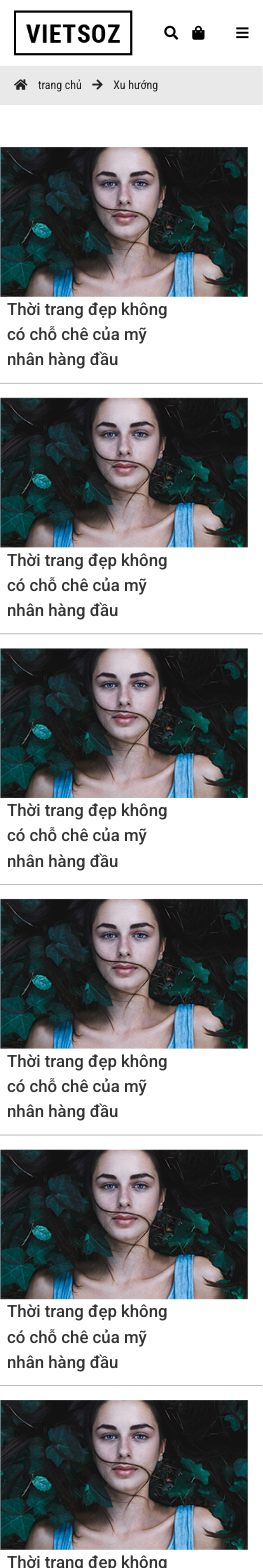
Repository: vinhtk0209/Vietsoz-reponsive
Page: index.html
The author's editor kept a copy of each file at every save. The page is drawn from the files as they stood at one save, then again after the next save.
The browser window is 375 px wide. The pictures show the part of the page from y = 0 to 2240 px (the page is 3073 px tall), at 70% of full size.

Above is the page before, as saved 2021-10-23 17:56:25.

### index.html
<!DOCTYPE html>
<html lang="en">
  <head>
    <meta charset="UTF-8" />
    <meta http-equiv="X-UA-Compatible" content="IE=edge" />
    <meta name="viewport" content="width=device-width, initial-scale=1.0" />
    <link rel="stylesheet" href="assets/css/reset.css" />
    <link rel="stylesheet" href="assets/css/global.css" />
    <link rel="stylesheet" href="assets/css/main.css" />
    <link rel="stylesheet" href="assets/fontawesome/css/all.css" />
    <link rel="stylesheet" href="assets/css/reponsive.css" />
    <link rel="preconnect" href="https://fonts.googleapis.com" />
    <link rel="preconnect" href="https://fonts.gstatic.com" crossorigin />
    <link
      href="https://fonts.googleapis.com/css2?family=Roboto:ital,wght@0,100;0,300;0,400;0,500;0,700;0,900;1,100;1,300;1,400;1,500;1,700;1,900&display=swap"
      rel="stylesheet"
    />
    <link rel="preconnect" href="https://fonts.googleapis.com" />
    <link rel="preconnect" href="https://fonts.gstatic.com" crossorigin />
    <link
      href="https://fonts.googleapis.com/css2?family=Roboto+Condensed:ital,wght@0,300;0,400;0,700;1,300;1,400;1,700&display=swap"
      rel="stylesheet"
    />
    <div id="fb-root"></div>
    <script
      async
      defer
      crossorigin="anonymous"
      src="https://connect.facebook.net/vi_VN/sdk.js#xfbml=1&version=v11.0"
      nonce="ecJjSUD8"
    ></script>
    <script
      src="https://code.jquery.com/jquery-3.6.0.js"
      integrity="sha256-H+K7U5CnXl1h5ywQfKtSj8PCmoN9aaq30gDh27Xc0jk="
      crossorigin="anonymous"
    ></script>
    <title>VIESOZ</title>
  </head>

  <body>
    <!-- wrapper starts -->
    <div class="wrapper">
      <!-- header starts -->
      <header class="header">
        <div class="container">
          <div
            class="wp-header-top d-flex align-i-center justify-content-between"
          >
            <div class="header-banner">
              <img src="assets/images/logo.png" alt="" />
            </div>
            <nav class="header-main-menu">
              <ul class="d-flex main-menu">
                <li><a href="">trang chủ</a></li>
                <li><a href="">về chúng tôi</a></li>
                <li class="product-have-menu">
                  <a href=""
                    >sản phẩm
                    <span class="arrow-down"
                      ><i class="fas fa-chevron-down"></i></span
                  ></a>
                </li>

                <li><a href="">xu hướng</a></li>
                <li><a href="">thanh toán</a></li>
                <li><a href="">liên hệ</a></li>
              </ul>
            </nav>
            <nav class="header-main-menu reponsive">
              <ul class="main-menu sub">
                <li><a href="">trang chủ</a></li>
                <li><a href="">về chúng tôi</a></li>
                <li class="product-have-menu">
                  <a href="">sản phẩm </a>
                </li>

                <li><a href="">xu hướng</a></li>
                <li><a href="">thanh toán</a></li>
                <li><a href="">liên hệ</a></li>
              </ul>
            </nav>
            <ul class="icon-menu d-flex">
              <li>
                <a href=""
                  ><span class="search"><i class="fas fa-search"></i></span
                ></a>
              </li>
              <li>
                <a href="" class="shopping-cart"
                  ><span class="icon-cart"
                    ><i class="fas fa-shopping-bag"></i></span
                ></a>
              </li>
            </ul>
            <div class="nav-bar">
              <i class="fas fa-bars"></i>
            </div>
          </div>
        </div>
        <div class="wp-head-extra-menu">
          <ul class="list-menu-header-extra d-flex container">
            <li>
              <a href="">
                <span class="home-icon">
                  <i class="fas fa-home"></i>
                </span>
              </a>
            </li>

            <li class="home-text">
              <a href="">trang chủ</a>
            </li>
            <li>
              <a href="">
                <span class="arrow-righ">
                  <i class="fas fa-arrow-right"></i>
                </span>
              </a>
            </li>
            <li class="trend">
              <a href="">Xu hướng</a>
            </li>
          </ul>
        </div>
      </header>
      <!-- header ends -->

      <!-- content starts -->
      <div id="content">
        <!-- wp-content starts -->
        <div class="container">
          <div class="wp-content-news">
            <ul class="list-news">
              <li>
                <div class="image-news">
                  <a href="">
                    <img src="assets/images/photo-92222.png" alt="" />
                  </a>
                </div>
                <div class="more-info">
                  <a href="" class="title"
                    >Thời trang đẹp không có chỗ chê của mỹ nhân hàng đầu
                  </a>
                  <p class="date">28 Tháng Tư, 2016 , 10:15 sáng</p>
                  <p class="content">
                    Không chỉ được mệnh danh là "Mỹ nhân đẹp nhất Philippines",
                    nữ diễn viên Marian Rivera còn gây ấn tượng trong lòng công
                    chúng bởi gu thời trang. Cô luôn giữ hình ảnh đẹp với những
                    món đồ tinh tế, trong thời gian mang bầu cô cũng được đánh
                    giá là mặc đẹp nhất trong giới giải trí nước này.
                  </p>
                </div>
              </li>
              <li>
                <div class="image-news">
                  <a href="">
                    <img src="assets/images/photo-92222.png" alt="" />
                  </a>
                </div>
                <div class="more-info">
                  <a href="" class="title"
                    >Thời trang đẹp không có chỗ chê của mỹ nhân hàng đầu
                  </a>
                  <p class="date">28 Tháng Tư, 2016 , 10:15 sáng</p>
                  <p class="content">
                    Không chỉ được mệnh danh là "Mỹ nhân đẹp nhất Philippines",
                    nữ diễn viên Marian Rivera còn gây ấn tượng trong lòng công
                    chúng bởi gu thời trang. Cô luôn giữ hình ảnh đẹp với những
                    món đồ tinh tế, trong thời gian mang bầu cô cũng được đánh
                    giá là mặc đẹp nhất trong giới giải trí nước này.
                  </p>
                </div>
              </li>
              <li>
                <div class="image-news">
                  <a href="">
                    <img src="assets/images/photo-92222.png" alt="" />
                  </a>
                </div>
                <div class="more-info">
                  <a href="" class="title"
                    >Thời trang đẹp không có chỗ chê của mỹ nhân hàng đầu
                  </a>
                  <p class="date">28 Tháng Tư, 2016 , 10:15 sáng</p>
                  <p class="content">
                    Không chỉ được mệnh danh là "Mỹ nhân đẹp nhất Philippines",
                    nữ diễn viên Marian Rivera còn gây ấn tượng trong lòng công
                    chúng bởi gu thời trang. Cô luôn giữ hình ảnh đẹp với những
                    món đồ tinh tế, trong thời gian mang bầu cô cũng được đánh
                    giá là mặc đẹp nhất trong giới giải trí nước này.
                  </p>
                </div>
              </li>
              <li>
                <div class="image-news">
                  <a href="">
                    <img src="assets/images/photo-92222.png" alt="" />
                  </a>
                </div>
                <div class="more-info">
                  <a href="" class="title"
                    >Thời trang đẹp không có chỗ chê của mỹ nhân hàng đầu
                  </a>
                  <p class="date">28 Tháng Tư, 2016 , 10:15 sáng</p>
                  <p class="content">
                    Không chỉ được mệnh danh là "Mỹ nhân đẹp nhất Philippines",
                    nữ diễn viên Marian Rivera còn gây ấn tượng trong lòng công
                    chúng bởi gu thời trang. Cô luôn giữ hình ảnh đẹp với những
                    món đồ tinh tế, trong thời gian mang bầu cô cũng được đánh
                    giá là mặc đẹp nhất trong giới giải trí nước này.
                  </p>
                </div>
              </li>
              <li>
                <div class="image-news">
                  <a href="">
                    <img src="assets/images/photo-92222.png" alt="" />
                  </a>
                </div>
                <div class="more-info">
                  <a href="" class="title"
                    >Thời trang đẹp không có chỗ chê của mỹ nhân hàng đầu
                  </a>
                  <p class="date">28 Tháng Tư, 2016 , 10:15 sáng</p>
                  <p class="content">
                    Không chỉ được mệnh danh là "Mỹ nhân đẹp nhất Philippines",
                    nữ diễn viên Marian Rivera còn gây ấn tượng trong lòng công
                    chúng bởi gu thời trang. Cô luôn giữ hình ảnh đẹp với những
                    món đồ tinh tế, trong thời gian mang bầu cô cũng được đánh
                    giá là mặc đẹp nhất trong giới giải trí nước này.
                  </p>
                </div>
              </li>
              <li>
                <div class="image-news">
                  <a href="">
                    <img src="assets/images/photo-92222.png" alt="" />
                  </a>
                </div>
                <div class="more-info">
                  <a href="" class="title"
                    >Thời trang đẹp không có chỗ chê của mỹ nhân hàng đầu
                  </a>
                  <p class="date">28 Tháng Tư, 2016 , 10:15 sáng</p>
                  <p class="content">
                    Không chỉ được mệnh danh là "Mỹ nhân đẹp nhất Philippines",
                    nữ diễn viên Marian Rivera còn gây ấn tượng trong lòng công
                    chúng bởi gu thời trang. Cô luôn giữ hình ảnh đẹp với những
                    món đồ tinh tế, trong thời gian mang bầu cô cũng được đánh
                    giá là mặc đẹp nhất trong giới giải trí nước này.
                  </p>
                </div>
              </li>
              <li>
                <div class="image-news">
                  <a href="">
                    <img src="assets/images/photo-92222.png" alt="" />
                  </a>
                </div>
                <div class="more-info">
                  <a href="" class="title"
                    >Thời trang đẹp không có chỗ chê của mỹ nhân hàng đầu
                  </a>
                  <p class="date">28 Tháng Tư, 2016 , 10:15 sáng</p>
                  <p class="content">
                    Không chỉ được mệnh danh là "Mỹ nhân đẹp nhất Philippines",
                    nữ diễn viên Marian Rivera còn gây ấn tượng trong lòng công
                    chúng bởi gu thời trang. Cô luôn giữ hình ảnh đẹp với những
                    món đồ tinh tế, trong thời gian mang bầu cô cũng được đánh
                    giá là mặc đẹp nhất trong giới giải trí nước này.
                  </p>
                </div>
              </li>
              <li>
                <div class="image-news">
                  <a href="">
                    <img src="assets/images/photo-92222.png" alt="" />
                  </a>
                </div>
                <div class="more-info">
                  <a href="" class="title"
                    >Thời trang đẹp không có chỗ chê của mỹ nhân hàng đầu
                  </a>
                  <p class="date">28 Tháng Tư, 2016 , 10:15 sáng</p>
                  <p class="content">
                    Không chỉ được mệnh danh là "Mỹ nhân đẹp nhất Philippines",
                    nữ diễn viên Marian Rivera còn gây ấn tượng trong lòng công
                    chúng bởi gu thời trang. Cô luôn giữ hình ảnh đẹp với những
                    món đồ tinh tế, trong thời gian mang bầu cô cũng được đánh
                    giá là mặc đẹp nhất trong giới giải trí nước này.
                  </p>
                </div>
              </li>
            </ul>
        </div>
        <!-- wp-content ends -->

        <!-- sidebar starts -->

        <!-- sidebar ends -->
      </div>

      <!-- content ends -->
    </div>
    <!-- wrapper ends -->
    <script src="assets/js/main.js"></script>
  </body>
</html>

### assets/css/reset.css
/*
 * Bootstrap Reboot v4.3.1 (https://getbootstrap.com/)
 * Copyright 2011-2019 The Bootstrap Authors
 * Copyright 2011-2019 Twitter, Inc.
 * Licensed under MIT (https://github.com/twbs/bootstrap/blob/master/LICENSE)
 * Forked from Normalize.css, licensed MIT (https://github.com/necolas/normalize.css/blob/master/LICENSE.md)
 */

*,
*::before,
*::after {
    box-sizing: border-box;
}

html {
    font-family: sans-serif;
    line-height: 1.15;
    -webkit-text-size-adjust: 100%;
    -webkit-tap-highlight-color: rgba(0, 0, 0, 0);
}

article,
aside,
figcaption,
figure,
footer,
header,
hgroup,
main,
nav,
section {
    display: block;
}

body {
    margin: 0;
    font-family: -apple-system, BlinkMacSystemFont, "Segoe UI", Roboto, "Helvetica Neue", Arial, "Noto Sans", sans-serif, "Apple Color Emoji", "Segoe UI Emoji", "Segoe UI Symbol", "Noto Color Emoji";
    font-size: 1rem;
    font-weight: 400;
    line-height: 1.5;
    color: #212529;
    text-align: left;
    background-color: #fff;
}

[tabindex="-1"]:focus {
    outline: 0 !important;
}

hr {
    box-sizing: content-box;
    height: 0;
    overflow: visible;
}

h1,
h2,
h3,
h4,
h5,
h6 {
    margin-top: 0;
    margin-bottom: 0.5rem;
}

p {
    margin-top: 0;
    margin-bottom: 1rem;
}

abbr[title],
abbr[data-original-title] {
    text-decoration: underline;
    -webkit-text-decoration: underline dotted;
    text-decoration: underline dotted;
    cursor: help;
    border-bottom: 0;
    -webkit-text-decoration-skip-ink: none;
    text-decoration-skip-ink: none;
}

address {
    margin-bottom: 1rem;
    font-style: normal;
    line-height: inherit;
}

ol,
ul,
dl {
    margin-top: 0;
    margin-bottom: 1rem;
}

ol ol,
ul ul,
ol ul,
ul ol {
    margin-bottom: 0;
}

dt {
    font-weight: 700;
}

dd {
    margin-bottom: .5rem;
    margin-left: 0;
}

blockquote {
    margin: 0 0 1rem;
}

b,
strong {
    font-weight: bolder;
}

small {
    font-size: 80%;
}

sub,
sup {
    position: relative;
    font-size: 75%;
    line-height: 0;
    vertical-align: baseline;
}

sub {
    bottom: -.25em;
}

sup {
    top: -.5em;
}

a {
    color: #007bff;
    text-decoration: none;
    background-color: transparent;
}

a:hover {
    color: #0056b3;
    text-decoration: underline;
}

a:not([href]):not([tabindex]) {
    color: inherit;
    text-decoration: none;
}

a:not([href]):not([tabindex]):hover,
a:not([href]):not([tabindex]):focus {
    color: inherit;
    text-decoration: none;
}

a:not([href]):not([tabindex]):focus {
    outline: 0;
}

pre,
code,
kbd,
samp {
    font-family: SFMono-Regular, Menlo, Monaco, Consolas, "Liberation Mono", "Courier New", monospace;
    font-size: 1em;
}

pre {
    margin-top: 0;
    margin-bottom: 1rem;
    overflow: auto;
}

figure {
    margin: 0 0 1rem;
}

img {
    vertical-align: middle;
    border-style: none;
}

svg {
    overflow: hidden;
    vertical-align: middle;
}

table {
    border-collapse: collapse;
}

caption {
    padding-top: 0.75rem;
    padding-bottom: 0.75rem;
    color: #6c757d;
    text-align: left;
    caption-side: bottom;
}

th {
    text-align: inherit;
}

label {
    display: inline-block;
    margin-bottom: 0.5rem;
}

button {
    border-radius: 0;
}

button:focus {
    outline: 1px dotted;
    outline: 5px auto -webkit-focus-ring-color;
}

input,
button,
select,
optgroup,
textarea {
    margin: 0;
    font-family: inherit;
    font-size: inherit;
    line-height: inherit;
}

button,
input {
    overflow: visible;
}

button,
select {
    text-transform: none;
}

select {
    word-wrap: normal;
}

button,
[type="button"],
[type="reset"],
[type="submit"] {
    -webkit-appearance: button;
}

button:not(:disabled),
[type="button"]:not(:disabled),
[type="reset"]:not(:disabled),
[type="submit"]:not(:disabled) {
    cursor: pointer;
}

button::-moz-focus-inner,
[type="button"]::-moz-focus-inner,
[type="reset"]::-moz-focus-inner,
[type="submit"]::-moz-focus-inner {
    padding: 0;
    border-style: none;
}

input[type="radio"],
input[type="checkbox"] {
    box-sizing: border-box;
    padding: 0;
}

input[type="date"],
input[type="time"],
input[type="datetime-local"],
input[type="month"] {
    -webkit-appearance: listbox;
}

textarea {
    overflow: auto;
    resize: vertical;
}

fieldset {
    min-width: 0;
    padding: 0;
    margin: 0;
    border: 0;
}

legend {
    display: block;
    width: 100%;
    max-width: 100%;
    padding: 0;
    margin-bottom: .5rem;
    font-size: 1.5rem;
    line-height: inherit;
    color: inherit;
    white-space: normal;
}

progress {
    vertical-align: baseline;
}

[type="number"]::-webkit-inner-spin-button,
[type="number"]::-webkit-outer-spin-button {
    height: auto;
}

[type="search"] {
    outline-offset: -2px;
    -webkit-appearance: none;
}

[type="search"]::-webkit-search-decoration {
    -webkit-appearance: none;
}

::-webkit-file-upload-button {
    font: inherit;
    -webkit-appearance: button;
}

output {
    display: inline-block;
}

summary {
    display: list-item;
    cursor: pointer;
}

template {
    display: none;
}

[hidden] {
    display: none !important;
}


/*# sourceMappingURL=bootstrap-reboot.css.map */

### assets/css/global.css
/* .text-center{
    text-align: center;
}
.text-left{
    text-align: left;
}
.text-right{
    text-align: right;
}
.float-left{
    float:left;

}
.float-right{
    float:right;
}
.container{
    width:1150px;
    margin:0px auto;


}
.flex-space{
    display:flex;
    justify-content:space-between;
}
.align-i-center{
    align-items: center;
}
.mg-top-30{
    margin-top: 30px;
}
.mg-top-22{
    margin-top: 22px;
}
.d-flex{
    display:flex;
}
.bg-black{

    background-color: #131619;
}
.pt-10{
    padding-top: 10px;
} */
.container {
    max-width: 1200px;

    margin: 0px auto;
    /* display:flex; */

}

.justify-content-between {
    justify-content: space-between;
}

.d-flex {
    display: flex;
}

.jus-between {
    justify-content: space-between;
}

.align-i-center {
    align-items: center;
}

.mg-bottom-80 {
    margin-bottom: 80px;
}

.fl-basics-30 {
    flex-basis: 30%;
}

.pd-top-40 {
    padding-top: 40px;
}
.pd-top-10{
    padding-top:10px;
}
.text-center {
    text-align: center;
}

### assets/css/main.css
* {
    margin: 0;
    padding: 0;
}

body {
    /* font-family: 'Roboto', sans-serif; */
    line-height: 1.5;
}

ul {
    list-style-type: none;
    margin-bottom: 0px;
}

p,
h1,
h2,
h4 {
    margin-bottom: 0px;
}

.header {
    font-family: 'Roboto Condensed', sans-serif;
    margin-bottom: 45px;
    padding: 15px 0;
    position: relative;

}

.wp-header-top {
    width: 100%;
    /* display:flex; */
    /* min-height: 110px; */
    margin-bottom: 15px;
    padding: 0 20px;
}

.header-main-menu ul {
    gap: 0 30px;
}

.header-main-menu ul li a {
    text-decoration: none;
    font-size: 20px;
    text-transform: uppercase;
    font-weight: 400;
    color: #000000;

}

.wp-header-top ul.icon-menu {
    gap: 0 20px;
}

.wp-header-top ul.icon-menu li a {
    font-size: 20px;
    color: #000000;

}


.header-main-menu ul li a span.search {
    font-size: 15px;
}

.header-main-menu ul li a span.icon-cart {
    font-size: 25px;
}

.header-main-menu.reponsive {
    display: none;
    position: absolute;
    top: 58%;
    background-color: #fec5bb   ;
    width: 100%;
    left: 0;
    text-align: center;
    padding-bottom: 20px;

}

.header-main-menu.reponsive ul li a {
    padding-top: 20px;
    display: block;
    transition: all 0.5s;

}

.header-main-menu.reponsive ul li:hover a {
    color:  #e8e8e4  ;
}

.nav-bar {
    display: none;
    font-size: 20px;
    color: #000000;
    cursor: pointer;
}



.wp-head-extra-menu {
    background-color: #e9e9e9;
    min-height: 50px;
    padding: 0 20px;
}

ul.list-menu-header-extra li:not(:first-child) {
    padding-left: 15px;
}

ul.list-menu-header-extra li {
    padding: 15px 0px;

}

ul.list-menu-header-extra {
    margin-bottom: 0px;
}

ul.list-menu-header-extra li a {
    text-decoration: none;
    font-size: 17px;
    color: #222222;
    font-weight: 400;
    box-sizing: border-box;
}


#content {
    font-family: 'Roboto', sans-serif;
}

.wp-content-news {
    max-width: 820px;

}

.wp-content-news ul.list-news li {
    display: flex;
    min-height: 227px;
    padding-bottom: 15px;
    border-bottom: 1px solid #a69e9e;
    margin-bottom: 20px;
    overflow: hidden;
}

.wp-content-news ul.list-news li:last-child {
    border: none;

}

.wp-content-news ul.list-news .image-news a {
    display: block;
    transition: transform 1s;

}

.wp-content-news ul.list-news .image-news a:hover {
    transform: scale(1.05);
}

.wp-content-news ul.list-news li .more-info a.title {
    padding-bottom: 15px;
    font-size: 24px;
    font-weight: 500;
    color: #333333;
    text-decoration: none;
}

.wp-content-news ul.list-news li .more-info p.date {
    font-size: 13px;
    color: #a69e9e;
    font-weight: 300;
}

.wp-content-news ul.list-news li .more-info p.content {
    padding-top: 25px;
    font-size: 14px;
    font-weight: 400;
    margin-bottom: 0px;
    color: #777777;

}

.wp-content-news ul.list-news li {
    font-weight: 400;
}

.wp-content-news ul.list-news li a {
    text-decoration: none;
}

.wp-content-news ul.list-news li .more-info {
    padding-left: 15px;

}

.wp-content-news .pages-num li:first-child {
    margin-right: 12px;
    font-size: 14px;
    text-transform: capitalize;

}

.wp-content-news .pages-num a {
    text-decoration: none;
}

.wp-content-news .pages-num li:not(:first-child) {
    margin-left: 7px;
    font-size: 13px;
    padding: 5px 12px;
    border: 1px solid #e9e9e9;
    transition: all 0.5s;

}

.wp-content-news .pages-num li:not(:first-child):hover {
    background-color: #272727;

}

.wp-content-news .pages-num li:not(:first-child):hover a {
    color: #ffffff;
}

.wp-content-news .pages-num li:not(:first-child) a {
    color: #0b0b0b;
}

.wp-content-list-caterory {
    /* padding-left: 90px; */
    font-weight: bold;
    max-width: 310px;
}

.wp-content-list-caterory .box-caterory {
    margin-bottom: 50px;
}

.wp-content-list-caterory .box-caterory .box-title {
    padding-top: 20px;
    padding-bottom: 20px;
    padding-left: 25px;
    background-color: #283943;
    color: #ffffff;


}

.wp-content-list-caterory .box-caterory .box-title h3 {
    margin-bottom: 0;
    font-size: 21px;

    text-transform: uppercase;

}

.wp-content-list-caterory .box-caterory .box-body ul {
    padding-left: 25px;
    padding-top: 20px;
    padding-bottom: 20px;
    padding-right: 15px;
    border: 1px solid #a69e9e;

}

.wp-content-list-caterory .box-caterory .box-body ul li {
    border-bottom: 1px solid #a69e9e;
    padding-bottom: 10px;


}

.box-caterory .box-body ul li:not(:first-child) {
    margin-top: 10px;

}

.box-caterory .box-body ul li a span.arrow-right {
    float: right;

}

.wp-content-list-caterory .box-caterory .box-body ul li a {
    text-decoration: none;
    color: #333333;
    text-transform: uppercase;
    font-size: 14px;
    transition: all 0.5s;
}

.box-caterory .box-body ul li:hover a {
    color: #d5be00;
}

.box-caterory .box-body ul li:hover {
    border-bottom: 1px solid #d5be00;
}

.box-banner {
    margin-bottom: 45px;
}


.list-product {
    border: 1px solid #a69e9e;

}

.list-product ul li {
    display: flex;
}

.list-product ul li a.title {
    font-size: 14px;
    text-decoration: none;
}

.wp-content-list-caterory .box-product {
    font-weight: 500;
}

.wp-content-list-caterory .box-product .box-title {
    padding-top: 20px;
    padding-bottom: 20px;
    padding-left: 25px;
    background-color: #283943;
    color: #ffffff;
    text-transform: uppercase;
}

.box-product {}

.box-product .box-body ul {
    padding: 10px 15px;
}

.box-product .box-body ul li {
    border-bottom: 1px solid #a69e9e;
    padding-bottom: 20px;
    margin-bottom: 10px;
}

.box-product .box-body ul li:last-child {
    border: none;
}

.box-product .box-body .image-product {
    margin-right: 10px;
}

.box-product .box-body .info-product a.title {
    color: #272727;
    font-size: 14px;
    padding-bottom: 15px;
    display: block;
}

.box-product .box-body .info-product p {
    padding-bottom: 4px;
    display: block;
}

.box-product .box-body .info-product p.price:not(span.discount) {
    font-size: 15px;
    color: #d40707;
    padding-right: 8px;
}

.box-product .box-body .info-product span.discount {
    font-size: 12px;
    color: #909090;
}

.box-product .box-body .info-product a.details {
    font-size: 13px;
    color: #00708c;
    text-decoration: underline;
    /* margin:0; */
}

.box-product .box-body .info-product span.buy-arrow-right {
    padding-left: 2px;
}

.footer {
    background-color: #1b1b1b;
    min-height: 410px;
    padding-top: 70px;
    color: #ffffff;
    font-size: 16px;
    font-weight: 300;
}

.footer a {
    text-decoration: none;
    color: #ffffff;
}

.footer h3 {
    font-size: 28px;
    text-transform: uppercase;
}

.footer ul {
    list-style: circle;
}

.footer ul.footer-caterory li:not(:first-child) {
    padding-top: 15px;

}

.footer ul.footer-seller li:not(:first-child) {
    padding-top: 15px;
}

.footer .footer-facebook {
    padding-top: 90px;
}

.copyright {
    min-height: 50px;
    background-color: #ffffff;
}

/* .footer .box-body ul.footer-caterory{
    list-style:  circle;
}


} */

### assets/css/reponsive.css
@media screen and (max-width: 1040px) {
    nav.header-main-menu{
        display: none;
    }
    .nav-bar{
        display: block;
    }
}
@media screen and (max-width: 768px) {
    .wp-content-news ul.list-news li .more-info p.content,
    .wp-content-news ul.list-news li .more-info p.date{
        display:none;
    }

}
@media screen and (max-width: 530px) {
    .wp-content-news ul.list-news li{
        flex-direction: column;
    }
    .wp-content-news ul.list-news li .more-info{
        padding-right: 120px;
        padding-left: 10px;
    }

}

### assets/js/main.js
$(document).ready(function() {
    $('.nav-bar').click(function(){
        $('.header-main-menu.reponsive').slideToggle();
    });
});

Loaded but not shown: assets/fontawesome/css/all.css (library)

After the next save:
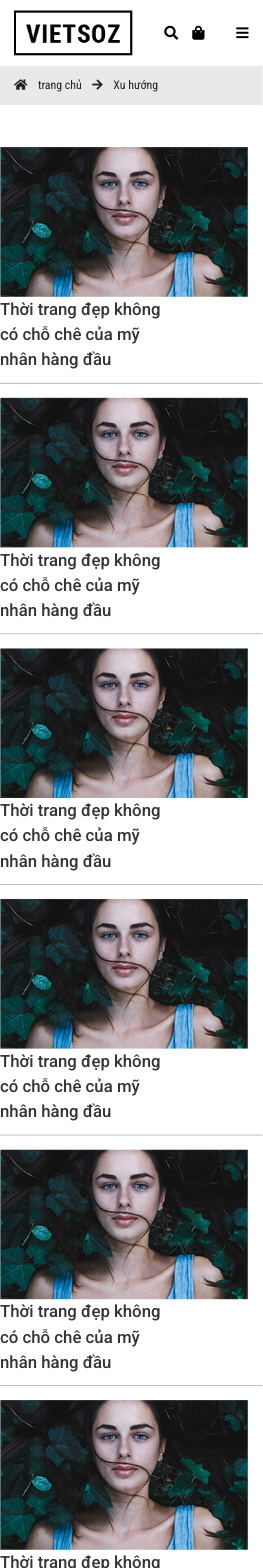
Saved 5 s later.
--- a/assets/css/reponsive.css
+++ b/assets/css/reponsive.css
@@ -19,7 +19,7 @@
     }
     .wp-content-news ul.list-news li .more-info{
         padding-right: 120px;
-        padding-left: 10px;
+        padding-left: 0px;
     }
 
 }
